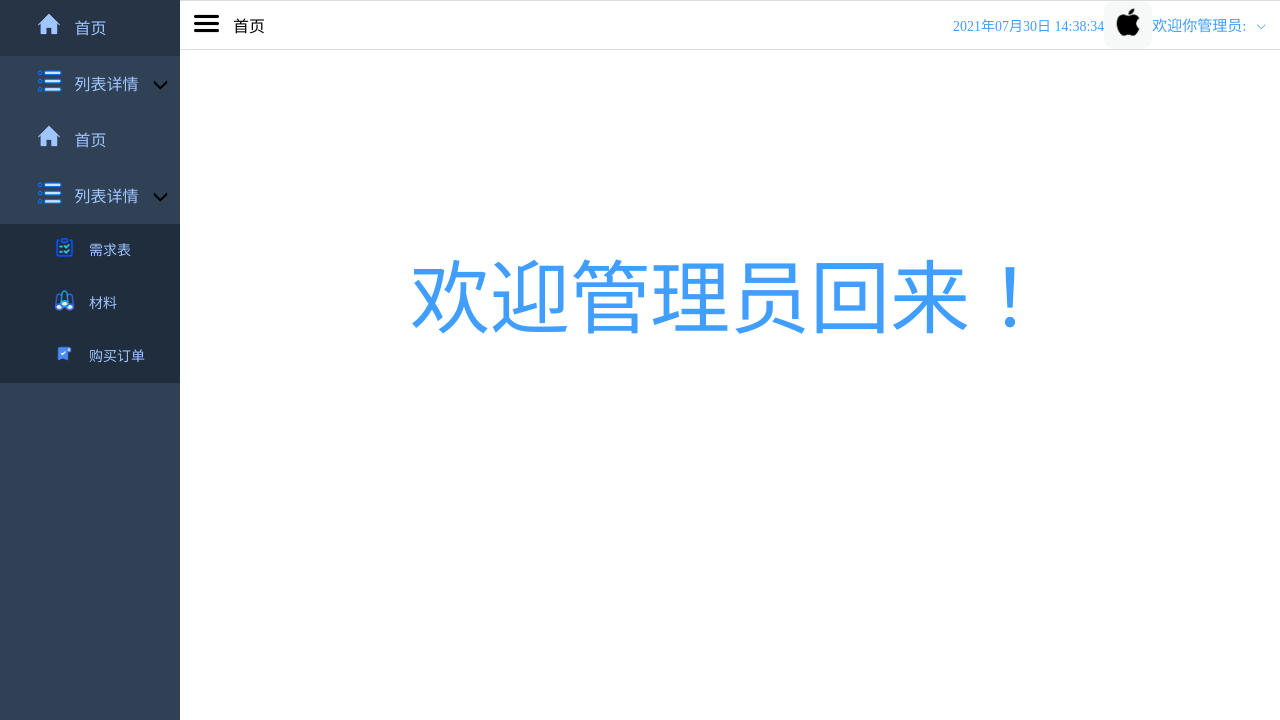
Repository: 572031690/fwwb-proj
Page: /#/home/body
The author's editor kept a copy of each file at every save. The page is drawn from the files as they stood at one save, then again after the next save.
The browser window is 1280 px wide. The pictures show the whole page.
The project was rebuilt for these pictures with package versions that can differ from the ones it lists, and the page was loaded fresh each time. Also part of the build but not shown: vue.config.js, src/unusercom/EditData.vue, src/components/Adddata.vue, src/view/home/User.vue, src/view/home/Item.vue, src/view/home/Buy.vue, src/components/Test.vue, src/components/ValidateCode.vue and 1 more.

Above is the page before, as saved 2021-08-12 17:37:43.
Console error: TypeError: Cannot read properties of undefined (reading 'style')

### public/index.html
<!DOCTYPE html>
<html lang="">
  <head>
    <meta charset="utf-8">
    <meta http-equiv="X-UA-Compatible" content="IE=edge">
    <meta name="viewport" content="width=device-width,initial-scale=1.0">
    <link rel="icon" href="<%= BASE_URL %>favicon.ico">
    <title><%= htmlWebpackPlugin.options.title %></title>
    <!-- 配置jquery -->
    <!-- <script src="http://ajax.googleapis.com/ajax/libs/jquery/1.8.0/jquery.min.js"></script> -->
     <!-- 百度的适口 -->
     <meta name="viewport" content="width=device-width,minimum-scale=1.0,maximum-scale=1.0,user-scalable=no">
     <!-- 搜索框 -->
     <meta http-equiv="X-UA-Compatible" content="IE=edge">
    <meta name="viewport" content="width=device-width, initial-scale=1.0">
    <link href="http://cdn.bootcss.com/font-awesome/4.7.0/css/font-awesome.min.css" rel="stylesheet">
  </head>
  <body>
    <noscript>
      <strong>We're sorry but <%= htmlWebpackPlugin.options.title %> doesn't work properly without JavaScript enabled. Please enable it to continue.</strong>
    </noscript>
    <div id="app"></div>
    <!-- built files will be auto injected -->
  </body>
</html>

### src/App.vue
<template>
  <div id="app" >
	  		<!-- <v-login></v-login> -->
			<router-view ></router-view>
	</div>
</template>

<script>

export default {
  data () {
    	return {

    	}
  	},
  	methods: {

  	},
  components: {
  },
  mounted () {
    this.$router.push({ path: 'login' }) // 页面跳转
  }
}

</script>

<style>

</style>

### src/assets/CSS/basic.css
a {
        text-decoration: none;
}

* {
        padding: 0;
        margin: 0;
}

html, body {
        height: 100%;
}

### src/view/Home.vue
<template>
  <div id="Home" ref="gobacklogin">
    <div :class="{ leftNavigation: navshow, leftNavigationChange: !navshow }">
      <div v-for="item in routerList2">
        <div class="navhome" v-if="item.type === 'router'">
          <img :src="item.imgSrc" class="navhome-img" />
          <span class="spans1" ref="spans1">{{ item.label }}</span>
        </div>

        <div
          class="navhome"
          @click="changearrow()"
          id="listlep"
          v-if="item.type === 'tips'"
        >
          <img :src="item.imgSrc" class="navhome-img" />
          <span ref="spans2">{{ item.label }}</span>
          <img :src="item.imgtips" class="arrow" ref="arrow" />
        </div>
      </div>
      <router-link to="/home/homewel">
        <div class="navhome">
          <img src="../assets/homeimg.png" class="navhome-img" />
          <span class="spans1" ref="spans1">首页</span>
        </div>
      </router-link>
      <div class="navhome" @click="changearrow()" id="listlep">
        <img src="../assets/item.png" class="navhome-img" />
        <span ref="spans2">列表详情</span>
        <img src="../assets/小箭头.png" class="arrow" ref="arrow" />
      </div>

      <div class="navhome-box" ref="navhomebox">
        <transition name="navhom">
          <div class="navhome-son" v-show="navSonShow">
            <div @click="goToRouter(item)" v-for="(item, index) in routerList">
              <div class="namehome-son1">
                <img :src="item.imgSrc" class="navson-img" />
                <span ref="spans7">{{ item.label }}</span>
              </div>
            </div>
          </div>
        </transition>
      </div>

      <router-link to="/home/department" v-show="admin">
        <div class="navhome">
          <img src="../assets/department.png" class="navhome-img" />
          <span ref="spans3">部门管理</span>
        </div>
      </router-link>
      <router-link to="/home/user" v-show="admin">
        <div class="navhome">
          <img src="../assets/user.png" class="navhome-img" />
          <span ref="spans8">用户信息</span>
        </div>
      </router-link>
    </div>

    <div
      :class="{ rightNavigation: navshow, rightNavigations: !navshow }"
      ref="right1"
    >
      <div class="rightnav-top">
        <div class="rightnav-topimg">
          <img
            src="../assets/heng.png"
            class="rightnav-topimghome"
            ref="rightnavtopimghome"
            @click="changehomeimg()"
          />
        </div>

        <span>首页</span>
        <!-- <v-search class="searchfa"></v-search> -->

        <div class="topright">
          <span class="top-time">{{ nowTime }}</span>
          <!-- 苹果图标 -->
          <img src="../assets/timg.jpg" class="timg" />
          <!-- 退出下拉框 -->
          <el-dropdown @command="gobacklogin" class="elsign-out">
            <span class="el-dropdown-link">
              欢迎你管理员: <span class="adminname">{{ adminname }} </span
              ><i class="el-icon-arrow-down el-icon--right"></i>
            </span>
            <el-dropdown-menu slot="dropdown">
              <el-dropdown-item command="a">退出登陆</el-dropdown-item>
            </el-dropdown-menu>
          </el-dropdown>
        </div>
      </div>

      <router-view></router-view>
    </div>
  </div>
</template>

<script>
// 引入jquery
// import $ from 'jquery'
// 引入搜索框
import EditData from "../unusercom/EditData.vue";

export default {
  data() {
    return {
      nowTime: "",
      thistime: "",
      key: 90,
      arrowflag: true,
      imghomeflag: true,
      adminname: "",
      departmentID: "",
      navshow: true,
      navSonShow: true,
      lastTime: 0, // 默认上一次点击时间为0
      admin: true,
      routerChioce: 1,
      routerList2: [
        {
          type: "router",
          index: 1,
          path: "/home/homewel",
          label: "首页",
          disabled: false,
          imgSrc: require("@/assets/homeimg.png")
        },
        {
          type: "tips",
          index: 1,
          path: "",
          label: "列表详情",
          disabled: true,
          imgSrc: require("@/assets/item.png"),
          imgtips: require("@/assets/小箭头.png")
        }
      ],
      routerList: [
        {
          index: 1,
          path: "/home/body",
          label: "需求表",
          disabled: false,
          imgSrc: require("@/assets/body.png")
        },
        {
          index: 2,
          path: "/home/item",
          label: "材料",
          disabled: false,
          imgSrc: require("@/assets/material.png")
        },
        {
          index: 3,
          path: "/home/buy",
          label: "购买订单",
          disabled: false,
          imgSrc: require("@/assets/buy.png")
        }
      ]
    };
  },
  methods: {
    // 旋转子列箭头
    changearrow() {
      this.navSonShow = !this.navSonShow;
      if (this.arrowflag) {
        this.$refs.arrow.style.transform = "rotate(270deg)";
        this.arrowflag = !this.arrowflag;
      } else {
        this.$refs.arrow.style.transform = "rotate(90deg)";
        this.arrowflag = !this.arrowflag;
      }
      // e.srcElement.style.transform="'rotate('+this.key+'deg)'";
      // e.srcElement.style.transform="rotate(180deg)";
      // console.log(e.srcElement.dataset.aid);
    },
    // 右边栏三条杠点击事件
    changehomeimg() {
      // 动画class绑定
      this.navshow = !this.navshow;
      let status = "none";
      let rotate = "rotate(90deg)";
      let times = 0;
      // 首页旁边三条杠图标旋转和文字消失
      if (this.imghomeflag) {
        status = "none";
        rotate = "rotate(90deg)";
        times = 0;
      } else {
        status = "block";
        rotate = "rotate(0deg)";
        times = 700;
      }
      this.$refs.rightnavtopimghome.style.transform = rotate;
      this.imghomeflag = !this.imghomeflag;
      const me = this;
      setTimeout(function() {
        me.$refs.spans1.style.display = status;
        me.$refs.spans2.style.display = status;
        me.$refs.spans3.style.display = status;
        me.$refs.arrow.style.display = status;
        me.$refs.spans5.style.display = status;
        me.$refs.spans6.style.display = status;
        me.$refs.spans7.style.display = status;
        me.$refs.spans8.style.display = status;
      }, times);
    },
    // 开始动画文字出现延迟
    changehomeimgCreate() {
      this.changehomeimg();
      this.changehomeimg();
    },

    // 退出登陆方法
    gobacklogin(command) {
      this.$confirm("是否退出登陆", "提示", {
        confirmButtonText: "确定",
        cancelButtonText: "取消",
        type: "warning"
      }).then(() => {
        sessionStorage.clear(); // 删除所有数据
        this.$router.push({ name: "login" }); // 直接跳转
        this.$message({
          type: "success",
          message: "退出登陆成功!"
        });
      });
    },

    // init(){
    //     this.$nextTick(()=>{
    //     var flagwel = this.$store.state.flagwel;
    //     this.$refs.welcomehome.style.display=flagwel;
    //     })
    // }
    // 显示当前时间（年月日时分秒）
    timeFormate(timeStamp) {
      const year = new Date(timeStamp).getFullYear();
      const month =
        new Date(timeStamp).getMonth() + 1 < 10
          ? "0" + (new Date(timeStamp).getMonth() + 1)
          : new Date(timeStamp).getMonth() + 1;
      const date =
        new Date(timeStamp).getDate() < 10
          ? "0" + new Date(timeStamp).getDate()
          : new Date(timeStamp).getDate();
      const hh =
        new Date(timeStamp).getHours() < 10
          ? "0" + new Date(timeStamp).getHours()
          : new Date(timeStamp).getHours();
      const mm =
        new Date(timeStamp).getMinutes() < 10
          ? "0" + new Date(timeStamp).getMinutes()
          : new Date(timeStamp).getMinutes();
      const ss =
        new Date(timeStamp).getSeconds() < 10
          ? "0" + new Date(timeStamp).getSeconds()
          : new Date(timeStamp).getSeconds();
      this.nowTime =
        year +
        "年" +
        month +
        "月" +
        date +
        "日" +
        " " +
        hh +
        ":" +
        mm +
        ":" +
        ss;
      // console.log(this.nowTime)
    },
    nowTimes() {
      const that = this;
      this.thistime = setInterval(function() {
        that.timeFormate(new Date());
      }, 1000);
    },
    clearTime() {
      clearInterval(this.thistime);
    },
    getAdminType() {
      // console.log(typeof this.departmentID)
      if (this.departmentID === "10000") {
        this.admin = true;
      } else {
        this.admin = false;
      }
    },
    goToRouter(val) {
      if (!val.disabled) {
        this.$router.push({ path: val.path });
      } // 页面跳转
    }
  },
  components: {
    // 'v-body':Body
    "v-editdata": EditData
  },
  // store,
  mounted() {
    this.nowTimes();
    // document.getElementById('rightnav-topimghome').style.cursor = 'not-allowed' //设置鼠标样式为不可点击

    this.changehomeimgCreate();
    // 实现左边子栏的缓慢消失
    // $(document).ready(function(){
    // $("#listlep").click(function(){
    //     $(".navhome-son").slideToggle(500);
    //   });
    // });

    // //实现左边nav栏的缩小
    // $(document).ready(function(){
    // $('.rightnav-topimghome').click(function(){
    //     if($('.right-navigation').css("margin-left")=="180px"){
    //         $('.right-navigation').animate({
    //         'margin-left':'50px'
    //     },700);
    // }else{
    // $('.right-navigation').animate({
    //     'margin-left':'180px'
    //     },700);
    // }
    // });
    // });

    // $(document).ready(function(){
    // $('.rightnav-topimghome').click(function(){
    //     if($('.left-navigation').css("width")!="50px"){
    //         $('.left-navigation').animate({
    //         width:'50px'
    //     },700);
    // }else{
    // $('.left-navigation').animate({
    //     width:'180px'
    //     },700);
    // }
    // });
    // });

    this.adminname = window.sessionStorage.getItem("storeData"); // 获取浏览器缓存值
    this.departmentID = window.sessionStorage.getItem("sData");
    this.getAdminType();
  },
  beforeDestroy() {
    this.clearTime();
  }
};
</script>
<style scoped>
#Home {
  height: 100%;
  width: 100%;
  background-color: white;
  display: flex;
  flex-direction: row;
}

.leftNavigation {
  position: fixed;
  display: inline-block;
  width: 180px;
  background-color: #304156;
  height: 100vh; /*占满一个屏幕的高度 */
  animation: navlong 0.7s;
}
.leftNavigationChange {
  position: fixed;
  width: 50px;
  background-color: #304156;
  height: 100vh; /*占满一个屏幕的高度 */
  animation: navshort 0.7s;
}

@keyframes navlong {
  0% {
    width: 50px;
  }
  100% {
    width: 180px;
  }
}

@keyframes navshort {
  0% {
    width: 180px;
  }
  100% {
    width: 50px;
  }
}
.leftNavigation a {
  text-decoration: none;
}

.navhome {
  display: flex;
  flex-direction: row; /*水平排布*/
  height: 34px;
  width: 100%;
  background-color: #304156;
  padding: 11px 0;
  transition: all 0.5s;
}
.navhome:hover {
  background-color: #263445;
  cursor: pointer;
}
.navhome-img {
  /* -webkit-transform:rotate(90deg); */
  height: 26px;
  margin: 0 7%;
  margin-left: 20%;
  vertical-align: middle;
  color: #409eff;
}
.navhome span {
  vertical-align: middle;
  font-size: 16px;
  color: #9fc6ff;
  margin-top: 4px;
}
.arrow {
  margin-top: 5px;
  margin-left: 5%;
  height: 25px;
  vertical-align: middle;
  transition: all 0.5s;
  transform: rotate(90deg);
}

.navhom-enter-active,
.navhom-leave-active {
  transition: all 0.5s;
}
.navhom-enter,
.navhom-leave-to {
  height: 0;
}
.navhom-enter-to,
.navhom-leave {
  height: 159px;
}
.navhome-son {
  cursor: pointer;
  background-color: #1f2d3d;
  overflow: hidden;
}
.namehome-son1 {
  display: flex;
  flex-direction: row; /*水平排布*/
  transition: all 1.5s;
  width: 100%;
  height: 47px;
  padding: 3px 0;
}
.namehome-son1:hover {
  background-color: #001121;
}
.navson-img {
  height: 21px;
  margin: 10px 5px;
  margin-left: 30%;
  vertical-align: middle;
  color: #409eff;
}
.navhome-son span {
  vertical-align: middle;
  font-size: 14px;
  margin-top: 12px;
  color: #9fc6ff;
  margin-left: 5%;
}
.rightNavigation {
  display: inline-block;
  width: 100%;
  margin-left: 180px;
  animation: rightNavlong 0.7s;
}
.rightNavigations {
  display: inline-block;
  width: 100%; /**/
  margin-left: 50px;
  animation: rightNavshort 0.7s;
}
@keyframes rightNavlong {
  0% {
    margin-left: 50px;
  }
  100% {
    margin-left: 180px;
  }
}
@keyframes rightNavshort {
  0% {
    margin-left: 180px;
  }
  100% {
    margin-left: 50px;
  }
}
.rightnav-top {
  width: 100%;
  height: 48px;
  display: flex;
  flex-direction: row;
  border-bottom: 1px solid #dadce0;
  border-top: 1px solid #dadce0;
}
.rightnav-topimg {
  padding: 0 14px;
  height: 50px;
}
.rightnav-topimghome {
  cursor: pointer;
  margin-top: 10px;
  height: 25px;
  transition: all 0.4s;
}
.rightnav-top span {
  padding-top: 12px;
  /* margin-left: 10px; */
}
.top-time {
  color: #409eff;
  font-size: 14px;
  margin-top: 2px;
}
.topright {
  float: right;
  right: 1%;
  position: absolute;
  display: flex;
}
.timg {
  height: 48px;
  cursor: pointer;
  border-radius: 10px;
}
.weltop {
  font-size: 14px;
}
#eldown {
  margin-top: 1px;
  font-size: 20px;
}
.elsign-out {
  padding-top: 13px;
}
.el-dropdown-link {
  cursor: pointer;
  color: #409eff;
  font-size: 15px;
}
.el-icon-arrow-down {
  font-size: 12px;
}
.adminname {
  color: black;
  font-size: 15px;
}
</style>

### src/view/home/HomeWel.vue
<template>
    <div>
        <div class="welcomehome" ref="welcomehome">
                欢迎管理员回来！
        </div>
    </div>
</template>
<script>
export default {
  data () {
    return {

    }
  }
}
</script>
<style scoped>
    .welcomehome{
        line-height: 500px;
        text-align: center;
        font-size: 80px;
        color: #409EFF;
    }
</style>

### src/components/login.vue
<template lang="">
    <div>

    </div>
</template>
<script>
export default {
  data () {
    return {

    }
  },
  mounted () {
    this.$router.push({ path: 'homewel' }) // 页面跳转
  }
}
</script>

### src/components/Drawer.vue
<template>
  <div>
    <el-drawer
      title="审批信息"
      :before-close="handleClose"
      :visible.sync="dialog"
      direction="rtl"
      custom-class="demo-drawer"
      ref="drawer"
      size="30%"
    >
      <div class="drawerStyle">
        <el-form :model="form" label-width="120px">
          <div class="topstatus">
            <el-steps
              :space="200"
              :active="form.uptype"
              finish-status="success"
            >
              <el-step title="已提交"></el-step>
              <el-step title="审核"></el-step>
              <el-step title="通过"></el-step>
            </el-steps>
          </div>
          <el-form-item label="编号ID" prop="needid">
            <el-input
              type="age"
              v-model.number="form.needid"
              auto-complete="off"
              style="width: 300px"
              disabled
            ></el-input>
          </el-form-item>
          <el-form-item label="需求单名" prop="needtitle">
            <el-input
              v-model="form.needtitle"
              style="width: 300px"
              disabled
            ></el-input>
          </el-form-item>
          <el-form-item label="类型" prop="itemtype">
            <el-input
              v-model="form.needtitle"
              style="width: 200px"
              disabled
            ></el-input>
          </el-form-item>
          <el-form-item label="类型ID" prop="itemid">
            <el-input
              v-model="form.needtitle"
              style="width: 200px"
              disabled
            ></el-input>
          </el-form-item>
          <el-form-item label="数量" prop="neednum">
            <el-input-number
              v-model="form.neednum"
              label="描述文字"
              disabled
            ></el-input-number>
          </el-form-item>
          <el-form-item label="需求日期" prop="needday">
            <el-col :span="11">
              <el-date-picker
                type="date"
                placeholder="选择日期"
                v-model="form.needday"
                style="width: 150px"
                disabled
              ></el-date-picker>
            </el-col>
            <el-col class="line" :span="2">-</el-col>
          </el-form-item>
          <el-form-item label="负责人部门编号" prop="neederid">
            <el-input
              type="age"
              v-model="form.neederid"
              auto-complete="off"
              style="width: 300px"
              disabled
            ></el-input>
          </el-form-item>
          <el-form-item label="详情" prop="comment">
            <el-input
              type="textarea"
              v-model.number="form.comment"
              auto-complete="off"
              style="width: 300px"
              disabled
            ></el-input>
          </el-form-item>
        </el-form>

        <div style="width:400px;margin-left:40px;">
          <h3>审批详情</h3>
          <hr />
          <br />
          <div class="block">
            <el-timeline>
              <el-timeline-item
                v-for="(item, key) in list"
                :icon="item.icon"
                :color="item.color"
                size="large"
                :key="key"
                :timestamp="item.time"
                placement="top"
              >
                <el-card>
                  <span style="font-weight:bold;">{{ item.top }}</span
                  ><span v-show="item.auther"> 审批人：{{ item.auther }}</span>
                  <br />
                  <span v-show="item.upname"> 提交人：{{ item.upname }}</span>
                  <p v-show="item.text">审批意见：{{ item.text }}</p>
                  <!-- <el-button type="danger" @click="deletedata(key)"
                    >删除</el-button -->
                </el-card>
              </el-timeline-item>
            </el-timeline>
            <!-- <el-button type="danger" @click="add()">添加</el-button> -->
          </div>
        </div>
        <div class="demo-drawer__footer">
          <el-button @click="cancelForm">关 闭</el-button>
          <el-button
            v-show="form.uptype==2"
            type="primary"
            @click="upData()"
            :loading="loading"
            >{{ loading ? "提交中 ..." : "再次提交" }}</el-button
          >
        </div>
      </div>
    </el-drawer>
  </div>
</template>

<script>
export default {
  props: ['listIn'],
  mounted () {
    this.msg()
    this.$parent.drawerClose(1)
  },
  computed: {},
  components: {},
  data () {
    return {
      dialog: false,
      loading: false,
      timer: null,
      // 时间线
      list: [
        {
          id: '1',
          time: '7/28 11:40',
          top: '提交申请',
          upname: '莫恩康',
          text: '',
          icon: '',
          color: ''
        },
        {
          id: '2',
          time: '7/28 11:40',
          top: '通过',
          auther: '马家辉',
          upname: '莫恩康',
          text:
            '这次可以的加油这次可以的加油这次可以的加油这次可以的加油这次可以的加油',
          icon: 'el-icon-check',
          color: '#0bbd87'
        },
        {
          id: '3',
          time: '7/28 11:40',
          top: '驳回',
          auther: '马家辉',
          upname: '莫恩康',
          text: '王小虎 提交于 2018/4/3 20:46',
          icon: 'el-icon-close',
          color: 'red'
        }
      ],
      form: {
        needid: '25',
        needtitle: '数据表',
        itemtype: '对',
        itemid: '156',
        neednum: '25000',
        needday: '2019/5/6',
        neederid: '156',
        comment: '458',
        uptype: 2
      },
      // 进度步骤条
      active: 0
    }
  },
  methods: {
    upData () {
      if (this.loading) {
        return
      }
      this.$confirm('确定要提交表单吗？')
        .then(_ => {
          this.loading = true
          this.timer = setTimeout(() => {
            // this.$store.commit('ChangeDraw')
            this.dialog = !this.dialog
            // 动画关闭需要一定的时间
            setTimeout(() => {
              this.loading = false
            }, 300)
          }, 300)
        })
        .catch(_ => {})
    },
    handleClose (done) {
      // if (this.loading) {
      //   return
      // }
      // this.$confirm('确定要提交表单吗？')
      //   .then(_ => {
      //     this.loading = true
      //     this.timer = setTimeout(() => {
      //       // this.$store.commit('ChangeDraw')
      this.dialog = !this.dialog
      //       // 动画关闭需要一定的时间
      //       setTimeout(() => {
      //         this.loading = false
      //       }, 300)
      //     }, 300)
      //   })
      //   .catch(_ => {})
      // this.$emit('close', 1)
    },
    cancelForm () {
      this.loading = false
      // this.$store.commit('ChangeDraw')
      this.dialog = !this.dialog

      clearTimeout(this.timer)
    },
    msg () {
      console.log(this.listIn, 'draw输出')
    },
    getFatherData () {
      setTimeout(() => { this.form = this.listIn }, 0) // props得到数据会有延迟所以得这样设置
    },
    showDraw () {
      this.dialog = !this.dialog
    }
  }
}
</script>

<style scoped>
.drawerStyle {
  padding: 10px 25px;
  overflow: auto;
  height: 850px;
}
.topstatus {
  margin-left: 80px;
  margin-bottom: 30px;
}
.demo-drawer__footer {
  text-align: center;
}
</style>

Loaded but not shown: src/plugins/element.js (common file); src/router/index.js (63 lines, source omitted); src/main.js (17 lines, source omitted); src/store/index.js (26 lines, source omitted); src/view/home/Body.vue (1009 lines, source omitted); src/view/Login.vue (731 lines, source omitted)

After the next save:
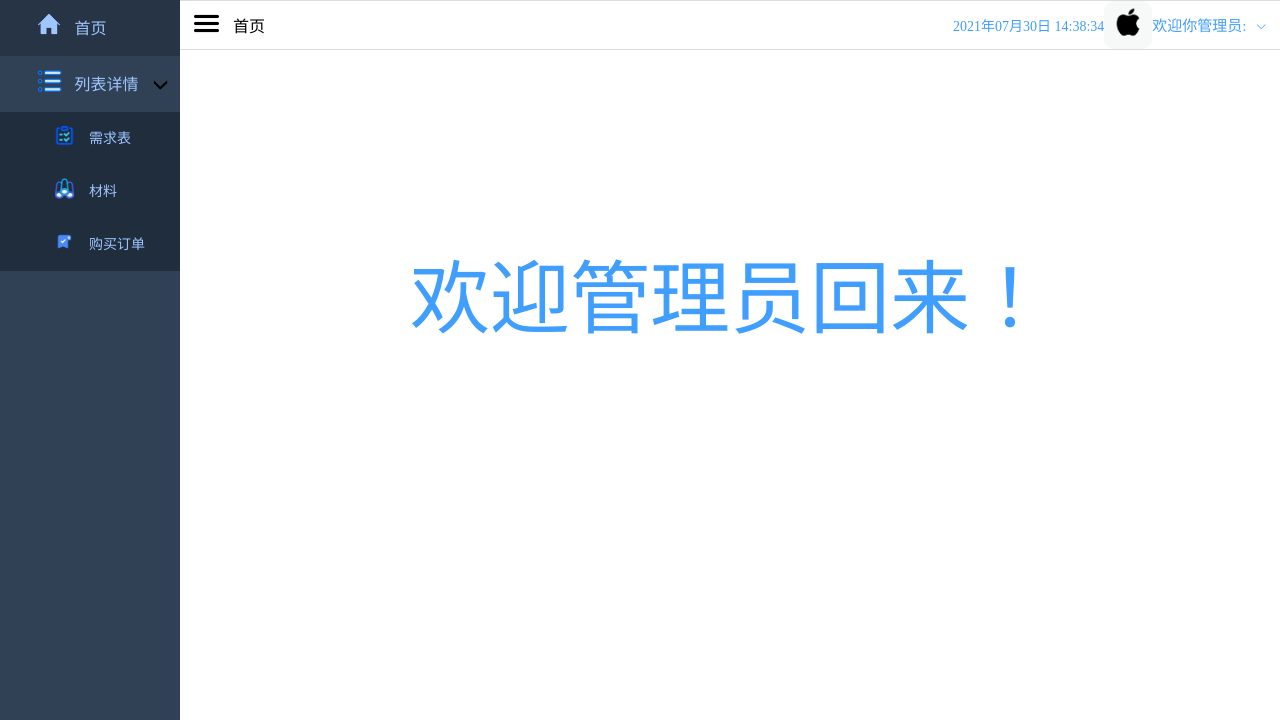
Console error: TypeError: Cannot set properties of undefined (setting 'display')
Saved 9 s later.
--- a/src/view/Home.vue
+++ b/src/view/Home.vue
@@ -18,7 +18,7 @@
           <img :src="item.imgtips" class="arrow" ref="arrow" />
         </div>
       </div>
-      <router-link to="/home/homewel">
+      <!-- <router-link to="/home/homewel">
         <div class="navhome">
           <img src="../assets/homeimg.png" class="navhome-img" />
           <span class="spans1" ref="spans1">首页</span>
@@ -28,7 +28,7 @@
         <img src="../assets/item.png" class="navhome-img" />
         <span ref="spans2">列表详情</span>
         <img src="../assets/小箭头.png" class="arrow" ref="arrow" />
-      </div>
+      </div> -->
 
       <div class="navhome-box" ref="navhomebox">
         <transition name="navhom">
